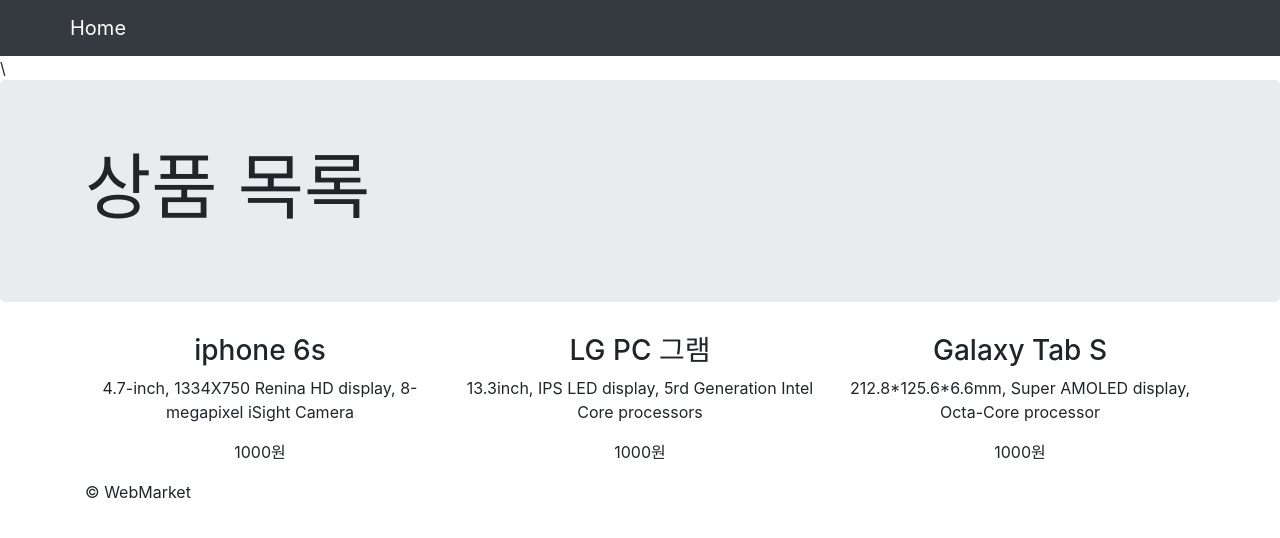
Repository: gitujin/JSP_WEBMARKET
Page: http://localhost/WebMarket/products.jsp
These files come from the project's save history. The page is drawn as it stood at one moment and after the next save; the edit follows.
The browser window is 1280 px wide. The pictures show the whole page.
The page is served by Tomcat 9.

Above is the page before, as saved 2022-03-10 12:24:37.

After the next save:
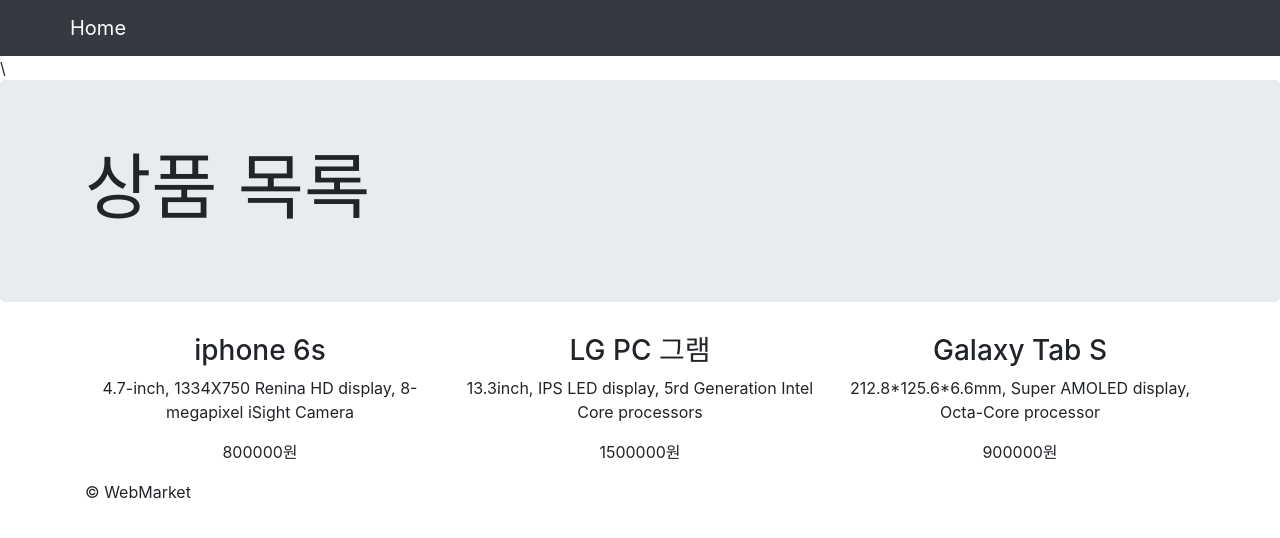
Saved 2 min 11 s later.
--- a/WebMarket/Webcontent/products.jsp
+++ b/WebMarket/Webcontent/products.jsp
@@ -26,7 +26,7 @@
 			<div class="col-md-4">
 				<h3><%=product.getPname()%></h3>
 				<p><%=product.getDescription()%>
-				<p><%=product.getUnitsInStock()%>원
+				<p><%=product.getUnitPrice()%>원
 			</div>
 			<%
 				}
